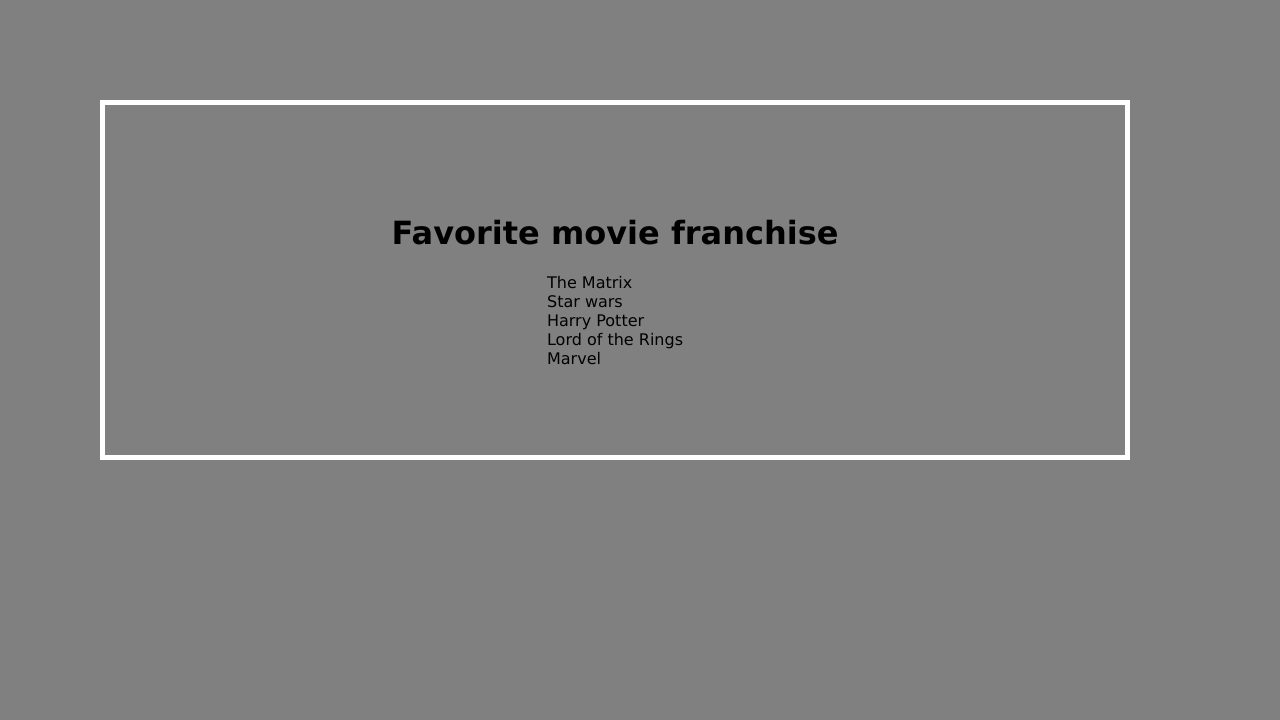
Repository: wakoya-tech/react-project
Page: Desktop/shaakala/jaal/index.html
These files come from the project's save history. The page is drawn as it stood at one moment and after the next save; the edit follows.
The browser window is 1280 px wide. The pictures show the whole page.

Above is the page before, as saved 2025-08-25 16:44:11.

### Desktop/shaakala/jaal/index.html
<!DOCTYPE html>
<html lang="en">
<head>
    <meta charset="UTF-8">
    <meta name="viewport" content="width=device-width, initial-scale=1.0">
    <title>Master DOm manipulation part:1</title>
    <style>
        *{
            box-sizing: border-box;
        }
body {
    font-family: Verdana, Geneva, Tahoma, sans-serif;
    background: grey;
    margin: 0;
}

.container {
    display: flex;
   flex-direction: column;
    justify-content: center;
    align-items: center;
    height: 50vh;
    border: 5px solid white;
    padding: -10px;
    margin: 100px 150px 150px 100px;
}
ul {
  list-style: none;
  padding: 0;
  margin: 0;
}


    </style>
</head>
<body>
    <div class="container">
        <h1 id="main-heading">Favorite movie franchise</h1>
        <ul>
            <li class="list-items">The Matrix</li>
            <li class="list-items">Star wars</li>
            <li class="list-items">Harry Potter</li>
            <li class="list-items">Lord of the Rings</li>
            <li class="list-items">Marvel</li>
        </ul>
    </div>
    <script src="../jaal/script.js"></script>
</body>
</html>

Loaded but not shown: Desktop/shaakala/jaal/script.js (no stored copy; drawn as an empty file)

After the next save:
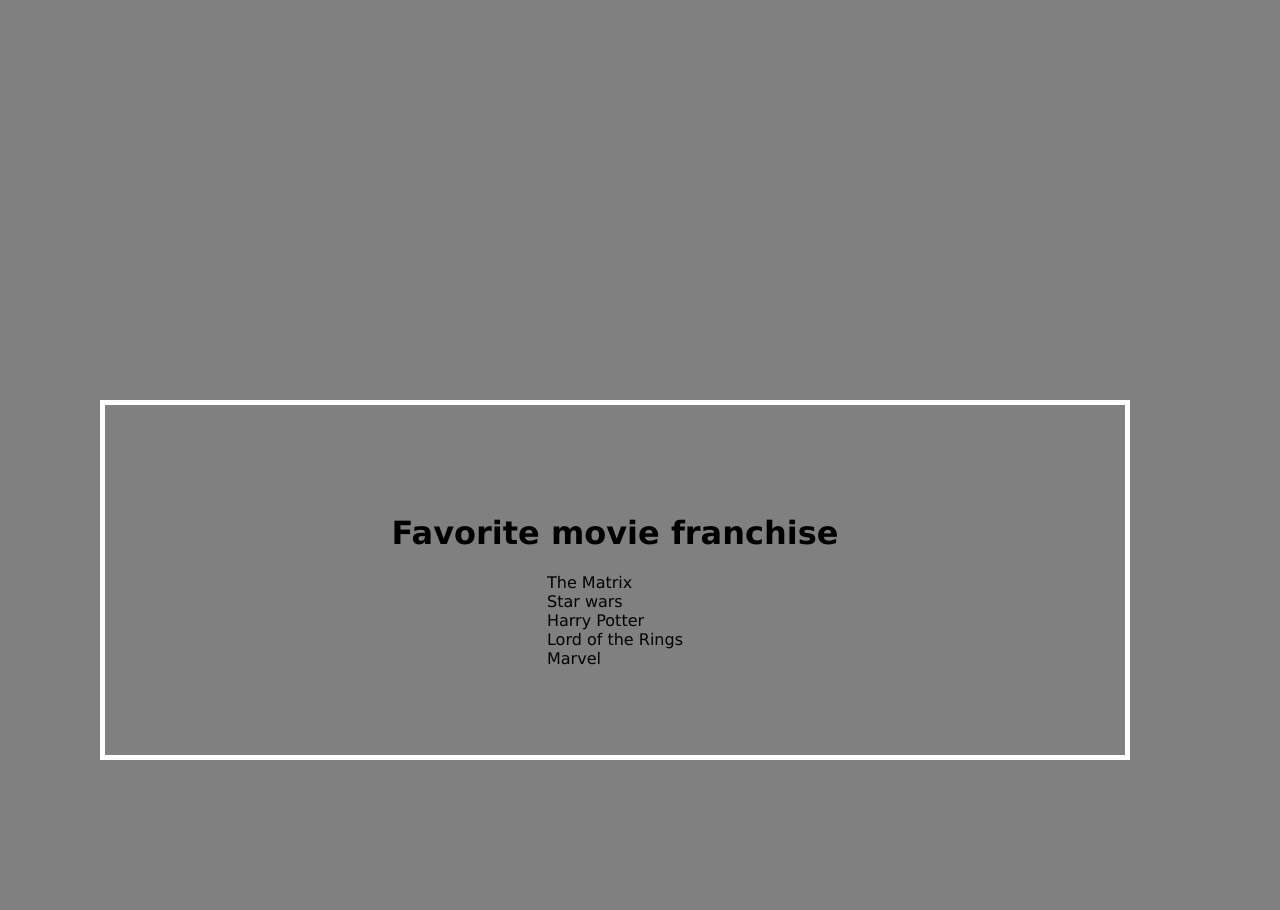
Saved 15 s later.
--- a/Desktop/shaakala/jaal/index.html
+++ b/Desktop/shaakala/jaal/index.html
@@ -22,7 +22,7 @@ body {
     height: 50vh;
     border: 5px solid white;
     padding: -10px;
-    margin: 100px 150px 150px 100px;
+    margin: 400px 150px 150px 100px;
 }
 ul {
   list-style: none;

After the save that followed:
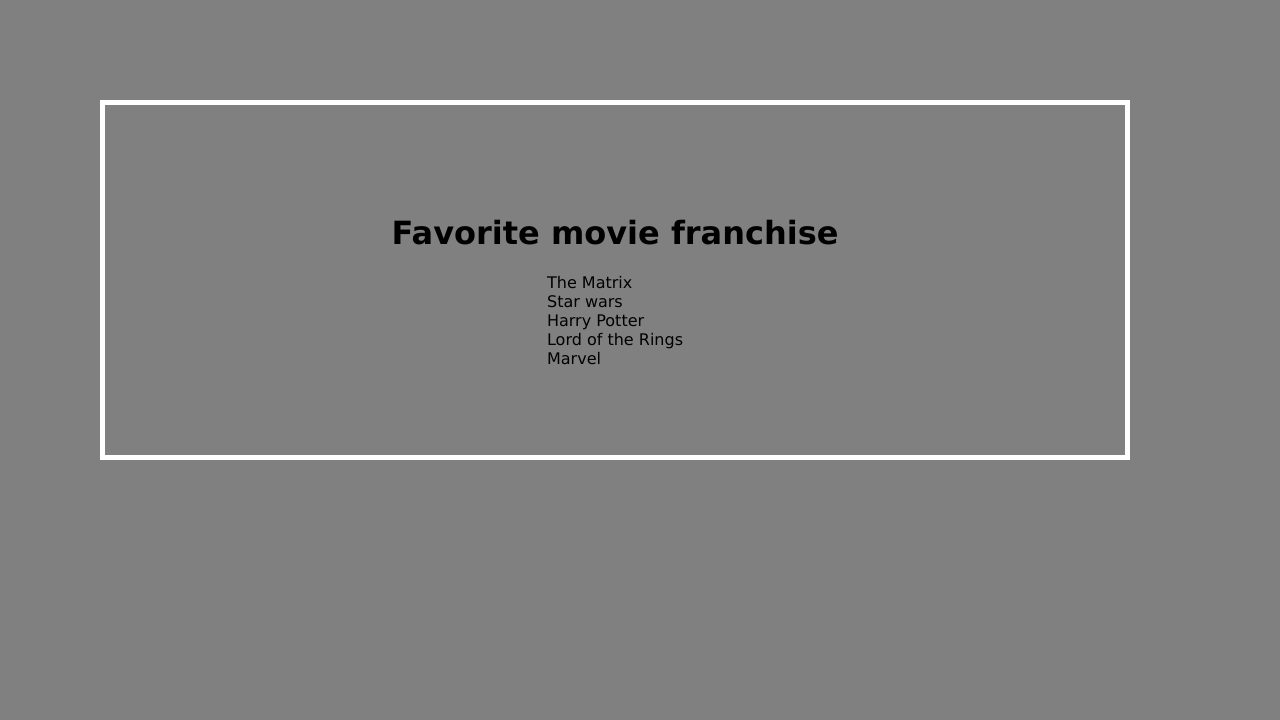
Saved 8 s later.
--- a/Desktop/shaakala/jaal/index.html
+++ b/Desktop/shaakala/jaal/index.html
@@ -22,7 +22,7 @@ body {
     height: 50vh;
     border: 5px solid white;
     padding: -10px;
-    margin: 400px 150px 150px 100px;
+    margin: 100px 150px 150px 100px;
 }
 ul {
   list-style: none;
